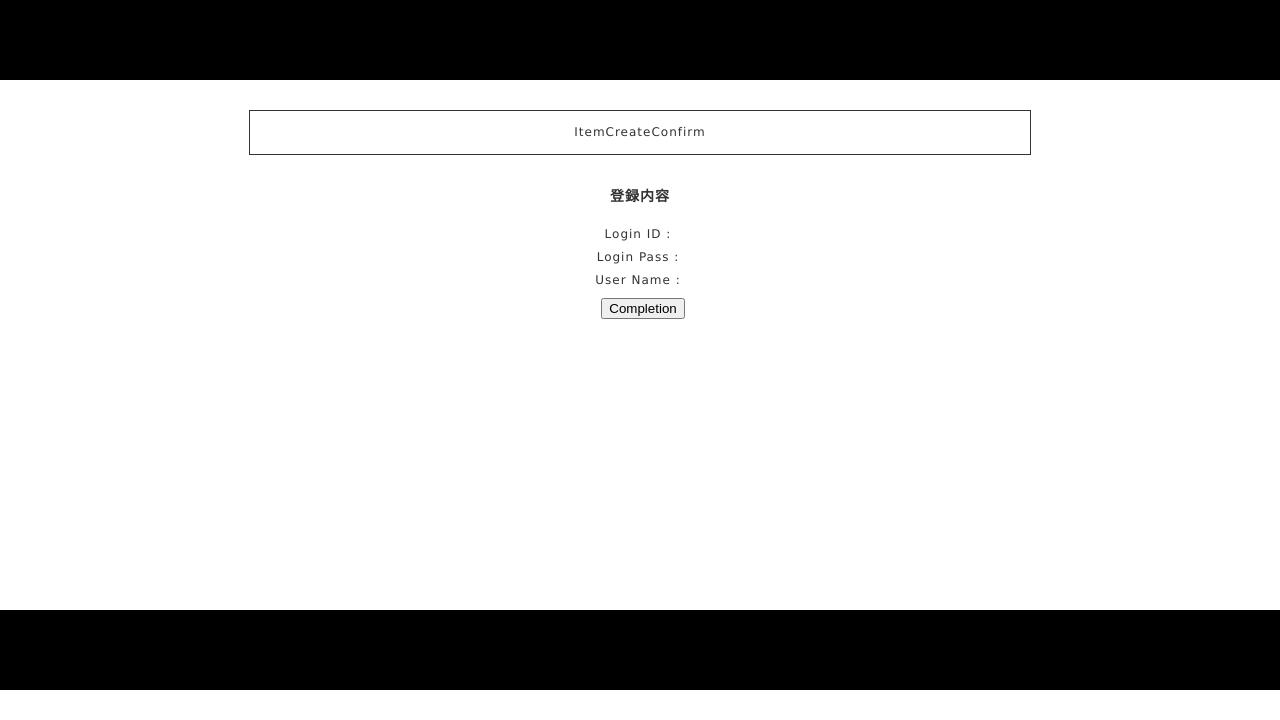
Repository: user-yo-yo/test
Page: http://localhost/ecsite2/itemCreateConfirm.jsp
These files come from the project's save history. The page is drawn as it stood at one moment and after the next save; the edit follows.
The browser window is 1280 px wide. The pictures show the whole page.
The page is served by Tomcat 9. Other server files are loaded and not shown.

Above is the page before, as saved 2019-03-25 06:28:46.

### ecsite2/WebContent/itemCreateConfirm.jsp
<%@ page language="java" contentType="text/html; charset=UTF-8"
	pageEncoding="UTF-8"%>
<%@ taglib prefix="s" uri="/struts-tags"%>
<!DOCTYPE html>
<html>
<head>
<meta http-equiv="Content-Type" content="text/html; charset=UTF-8" />
<meta http-equiv="Content-Style-Type" content="text/css" />
<meta http-equiv="Content-Script-Type" content="text/javascript" />
<meta http-equiv="imagetoolbar" content="no" />
<meta name="description" content="" />
<meta name="keywords" content="" />
<title>ItemCreateConfirm画面</title>

<style type="text/css">
/* ========TAG LAYOUT======== */
body {
	margin: 0;
	padding: 0;
	line-height: 1.6;
	letter-spacing: 1px;
	font-family: Verdana, Helvetica, sans-serif;
	font-size: 12px;
	color: #333;
	background: #fff;
}

table {
	text-align: center;
	margin: 0 auto;
}

/* ========ID LAYOUT======== */
#top {
	width: 780px;
	margin: 30px auto;
	border: 1px solid #333;
}

#header {
	width: 100%;
	height: 80px;
	background-color: black;
}

#main {
	width: 100%;
	height: 500px;
	text-align: center;
}

#footer {
	width: 100%;
	height: 80px;
	background-color: black;
	clear: both;
}

#text-center {
	display: inline-block;
	text-align: center;
}
</style>
</head>
<body>
	<div id="header">
		<div id ="pr">
		</div>
	</div>

	<div id="main">
		<div id="top">
			<p>ItemCreateConfirm</p>
		</div>
		<div>
			<h3>登録内容</h3>
			<table>
				<s:form action="ItemCreateConfirmAction">
				<tr id="box">
					<td>
						<label>Login ID :</label>
					</td>
					<td>
						<s:property value="loginUserId" escape="false" />
					</td>
				</tr>
				<tr id="box">
					<td>
						<label>Login Pass :</label>
					</td>
					<td>
						<s:property value="loginPassword" escape="false" />
					</td>
				</tr>
				<tr id="box">
					<td>
						<label>User Name :</label>
					</td>
					<td>
						<s:property value="userName" escape="false" />
					</td>
				</tr>
				<tr>
					<td>
						<s:submit value="Completion" />
					</td>
				</tr>
				</s:form>
			</table>
		</div>
	</div>
	<div id="footer">
		<div id="pr">
		</div>
	</div>
</body>
</html>

After the next save:
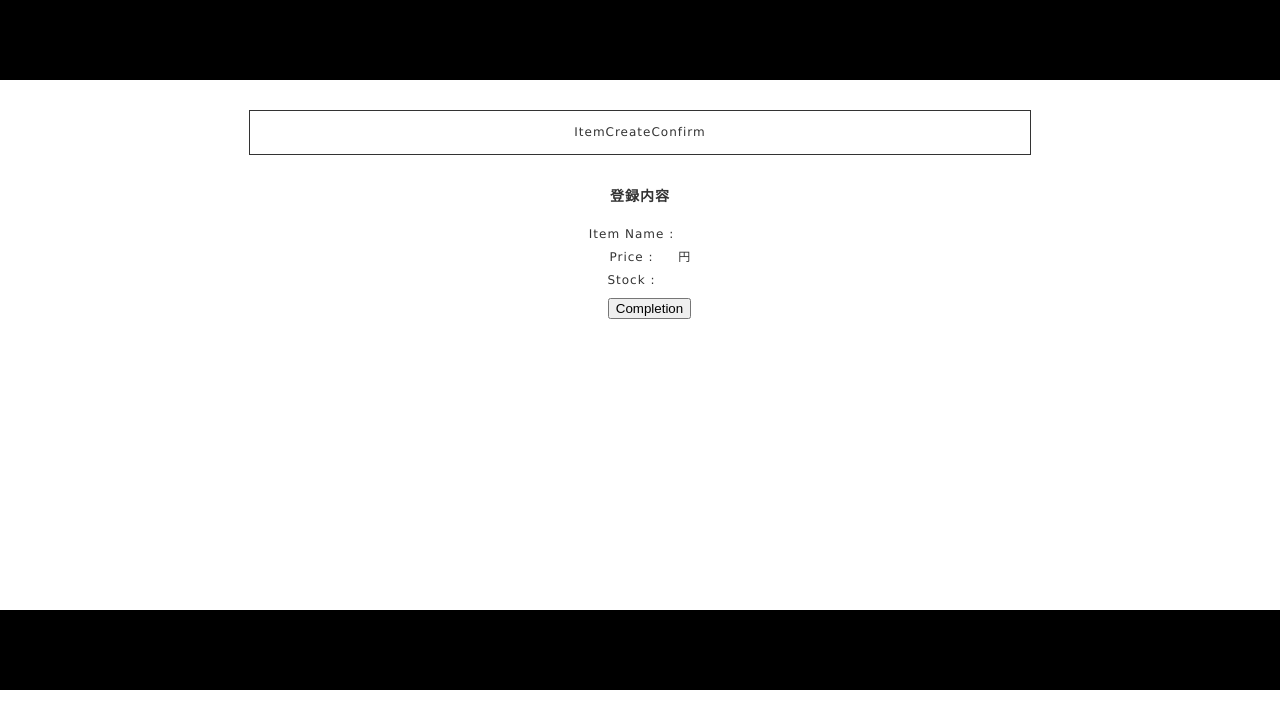
Saved 48 s later.
--- a/ecsite2/WebContent/itemCreateConfirm.jsp
+++ b/ecsite2/WebContent/itemCreateConfirm.jsp
@@ -78,7 +78,7 @@
 				<s:form action="ItemCreateConfirmAction">
 				<tr id="box">
 					<td>
-						<label>Login ID :</label>
+						<label>Item Name :</label>
 					</td>
 					<td>
 						<s:property value="loginUserId" escape="false" />
@@ -86,15 +86,16 @@
 				</tr>
 				<tr id="box">
 					<td>
-						<label>Login Pass :</label>
+						<label>Price :</label>
 					</td>
 					<td>
 						<s:property value="loginPassword" escape="false" />
+						<span>円</span>
 					</td>
 				</tr>
 				<tr id="box">
 					<td>
-						<label>User Name :</label>
+						<label>Stock :</label>
 					</td>
 					<td>
 						<s:property value="userName" escape="false" />
